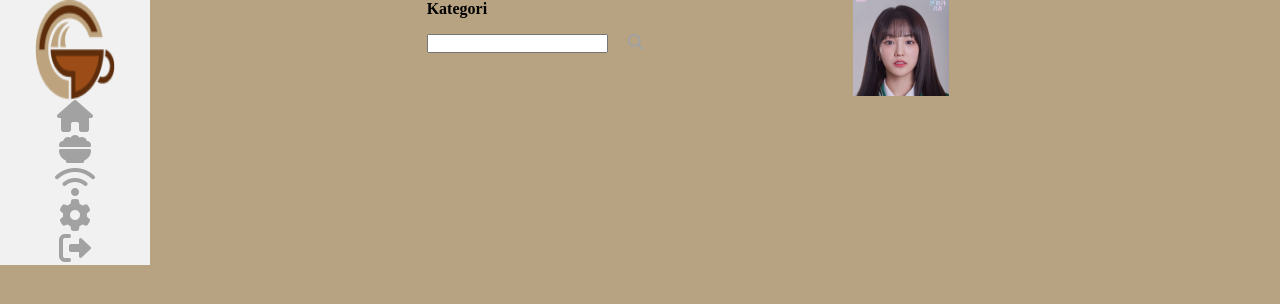
Repository: DanielChuaaa/sbd2
Page: index.html
These files come from the project's save history. The page is drawn as it stood at one moment and after the next save; the edit follows.
The browser window is 1280 px wide. The pictures show the whole page.
Some web libraries are served in a nearby version.

Above is the page before, as saved 2023-10-20 10:10:40.

### index.html
<!DOCTYPE html>
<html lang="en">
<head>
    <meta charset="UTF-8">
    <meta name="viewport" content="width=device-width, initial-scale=1.0">
    <title>Document</title>
    <link href="https://fonts.googleapis.com/css2?family=Roboto+Mono:wght@400;600;700&display=swap" rel="stylesheet" />
    <link
      rel="stylesheet"
      href="https://cdnjs.cloudflare.com/ajax/libs/font-awesome/6.1.2/css/all.min.css"
      integrity="sha512-1sCRPdkRXhBV2PBLUdRb4tMg1w2YPf37qatUFeS7zlBy7jJI8Lf4VHwWfZZfpXtYSLy85pkm9GaYVYMfw5BC1A=="
      crossorigin="anonymous"
      referrerpolicy="no-referrer"
    />
    <link rel="stylesheet" href="style.css">
</head>
<body>
    <div class="container">
        <div class="grid-wrapper">
            <div class="icon">
                <img src="/assets/logo projek SBD 1.png" width="80px" height="100px" alt="logo">
                <a href="#"><i class="fa-solid fa-house fa-2xl"></i></a>
                <a href="#"><i class="fa-solid fa-bowl-food fa-2xl"></i></a>
                <a href="#"><i class="fa-solid fa-wifi fa-2xl"></i></a>
                <a href="#"><i class="fa-solid fa-gear fa-2xl"></i></a>
                <a href="#"><i class="fa-solid fa-right-from-bracket fa-2xl"></i></a>
            </div>

            <div class="content">
                <div class="nav">
                    <h4>Kategori</h4>
                    <input type="text" name="text" id="text">
                    <i class="fa-solid fa-magnifying-glass"></i>
                </div>

                <div class="menu"></div>
            </div>

            <div class="order">
                <img src="/assets/g_8___8_idola_cantik_berbakat_alumni_sm_entertainment_yang_sudah_debut_di_girlgroup_agensi_lain_p_eks_sm_trainee-20220408-001-non_fotografer_kly 1.png" alt="">
            </div>
        </div>
    </div>
</body>
</html>

### style.css
:root{
    --clr-primary-100: #B7A281;

    --clr-neutral-100: #A2A2A2;
    --clr-neutral-200: #D9D9D9;
    --clr-neutral-300: #F8F8F8;
    --clr-neutral-400: #f1f1f1;

    --ff: "Roboto Mono", monospace;

    --fw-regular: 400;
    --fw-semi-bold: 600;
    --fw-bold: 700;
}

*{
    box-sizing: border-box;
    margin: 0;
    padding: 0;
}

body{
    background-color: #B7A281;
}

.grid-wrapper{
    display: grid;
    grid-template-columns: 1fr 1fr 1fr;
}

.icon{
    background: var(--clr-neutral-400);

    display: flex;
    flex-direction: column;
    justify-content: space-evenly;
    align-items: center;
    max-width: 150px;
}

.fa-solid{
    color: var(--clr-neutral-100);
    padding: 1rem;
}

After the next save:
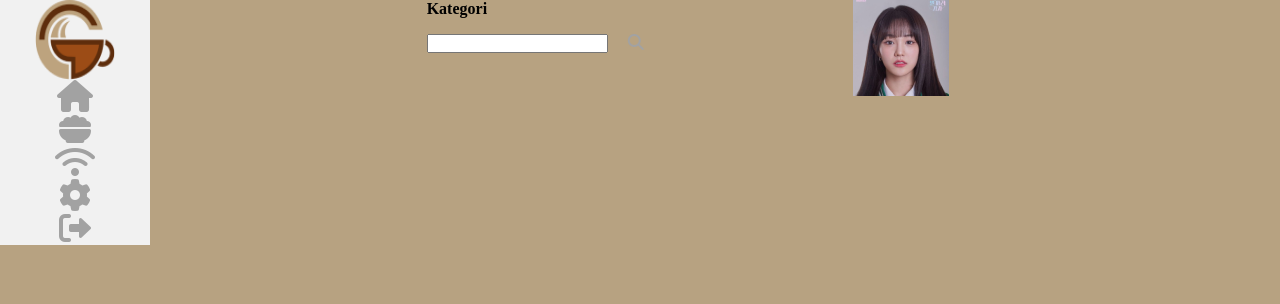
Saved 4 s later.
--- a/index.html
+++ b/index.html
@@ -18,7 +18,7 @@
     <div class="container">
         <div class="grid-wrapper">
             <div class="icon">
-                <img src="/assets/logo projek SBD 1.png" width="80px" height="100px" alt="logo">
+                <img src="/assets/logo projek SBD 1.png" width="80px" height="80px" alt="logo">
                 <a href="#"><i class="fa-solid fa-house fa-2xl"></i></a>
                 <a href="#"><i class="fa-solid fa-bowl-food fa-2xl"></i></a>
                 <a href="#"><i class="fa-solid fa-wifi fa-2xl"></i></a>
